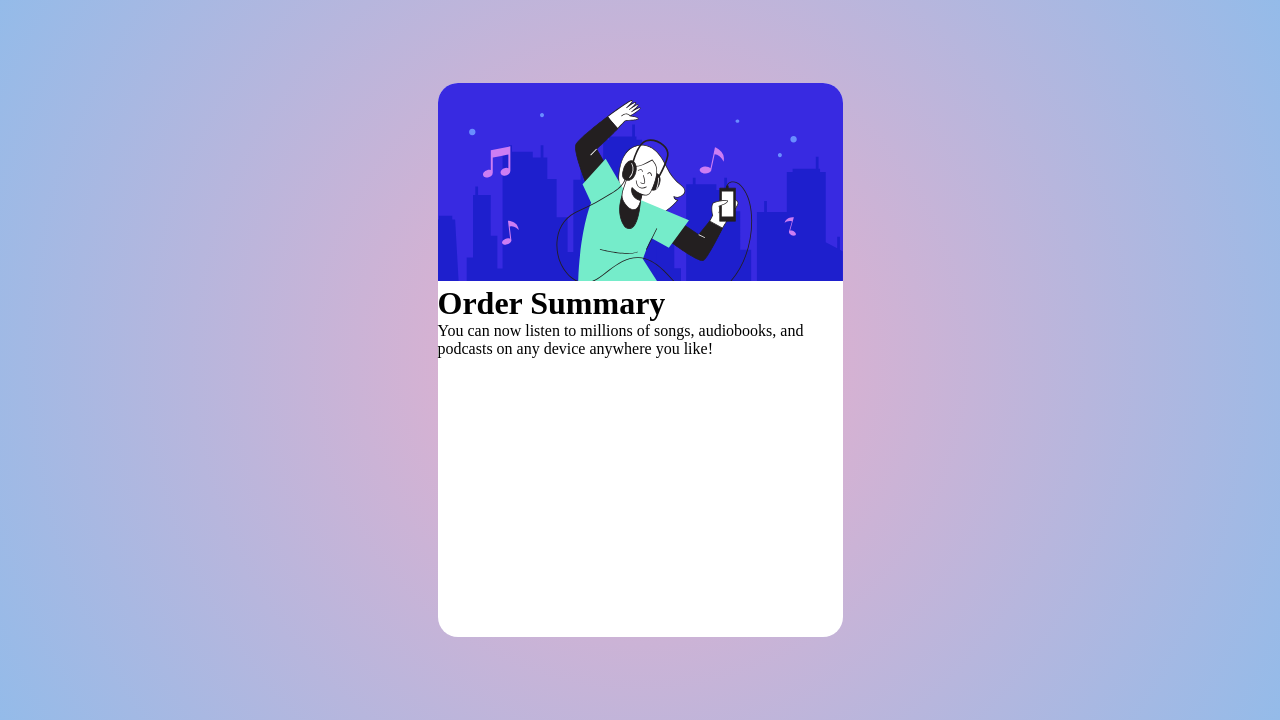
Repository: KamoliddinGIT/order-summary-card
Page: index.html
The author's editor kept a copy of each file at every save. The page is drawn from the files as they stood at one save, then again after the next save.
The browser window is 1280 px wide. The pictures show the whole page.

Above is the page before, as saved 2023-09-13 10:45:53.

### index.html
<!DOCTYPE html>
<html lang="en">
  <head>
    <meta charset="UTF-8" />
    <meta name="viewport" content="width=device-width, initial-scale=1.0" />
    <link
      rel="icon"
      type="image/png"
      sizes="32x32"
      href="./images/favicon-32x32.png"
    />
    <link rel="stylesheet" href="./css/style.css" />
    <title>Order summary card</title>
  </head>
  <body>
    <div class="container">
      <img
        class="illustration"
        src="./images/illustration-hero.svg"
        alt="img"
      />
      <div>
        <h1>Order Summary</h1>
        <p>
          You can now listen to millions of songs, audiobooks, and podcasts on
          any device anywhere you like!
        </p>
      </div>
    </div>
  </body>
</html>

### css/style.css
* {
  margin: 0;
  padding: 0;
  box-sizing: border-box;
}

body {
  width: 100%;
  height: 100vh;
  display: flex;
  justify-content: center;
  align-items: center;
  background: rgb(238, 174, 202);
  background: radial-gradient(
    circle,
    rgba(238, 174, 202, 1) 0%,
    rgba(148, 187, 233, 1) 100%
  );
}

.container {
  width: 405px;
  height: 554px;
  border-radius: 20px;
  background: #fff;
}

.illustration {
  width: 100%;
  border-radius: 20px 20px 0 0;
}

After the next save:
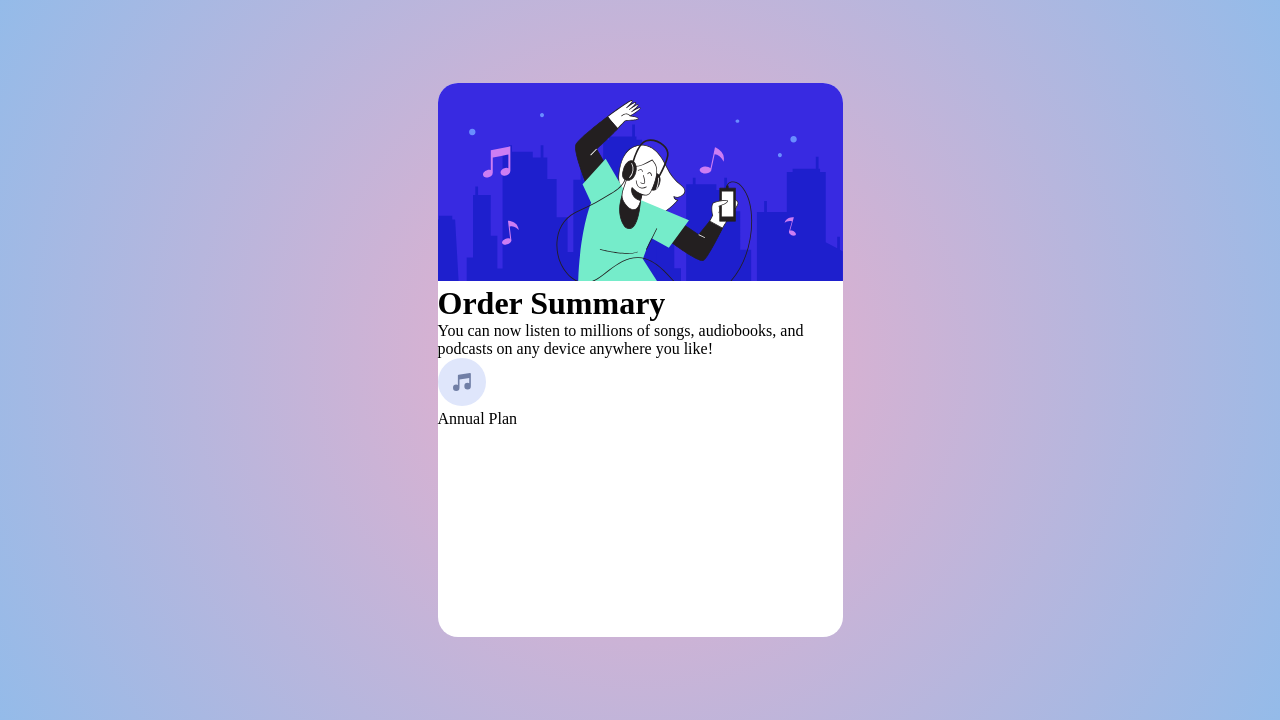
Saved 28 s later.
--- a/index.html
+++ b/index.html
@@ -25,6 +25,12 @@
           You can now listen to millions of songs, audiobooks, and podcasts on
           any device anywhere you like!
         </p>
+        <div>
+          <img src="./images/icon-music.svg" alt="music" />
+          <div>
+            <span>Annual Plan </span>
+          </div>
+        </div>
       </div>
     </div>
   </body>
